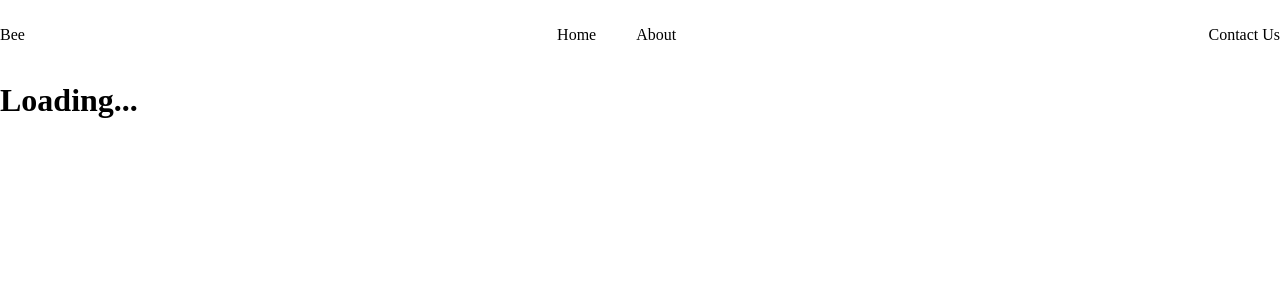
Repository: ble-syn/Random-user-generator-app
Page: /
The author's editor kept a copy of each file at every save. The page is drawn from the files as they stood at one save, then again after the next save.
The browser window is 1280 px wide. The pictures show the whole page.
The page's requests for data from a server got no answer. The project was rebuilt for these pictures with package versions that can differ from the ones it lists, and the page was loaded fresh each time. No one was signed in, and anything a server would have sent is missing. Also part of the build but not shown: src/components/pagination.jsx, src/components/ErrorFallback.jsx, src/components/User.jsx, src/pages/About.jsx, src/pages/Policy.jsx, src/pages/Terms.jsx, src/pages/Contact.jsx, src/pages/NotFound.jsx.

Above is the page before, as saved 2022-10-28 17:48:58.

After the next save:
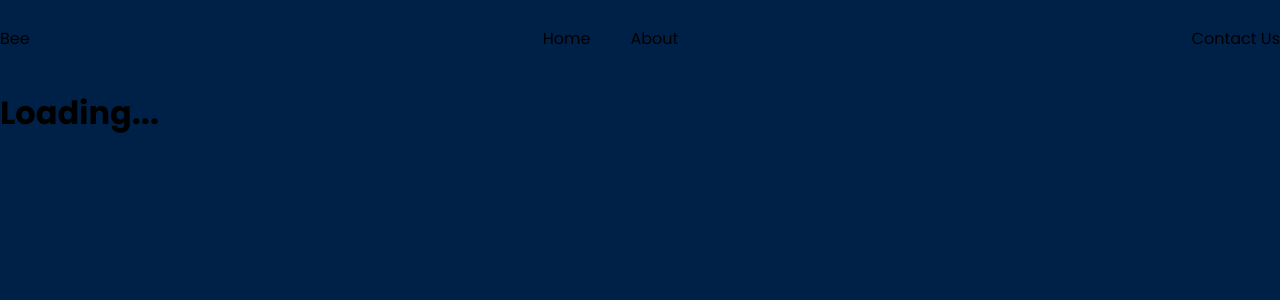
Saved 6 s later.
--- a/src/index.css
+++ b/src/index.css
@@ -10,7 +10,7 @@
 }
 
 body {
-  background-color: #002147
+  background-color: #002147;
   font-family: "Poppins", sans-serif;
 }
 .container {

After the save that followed:
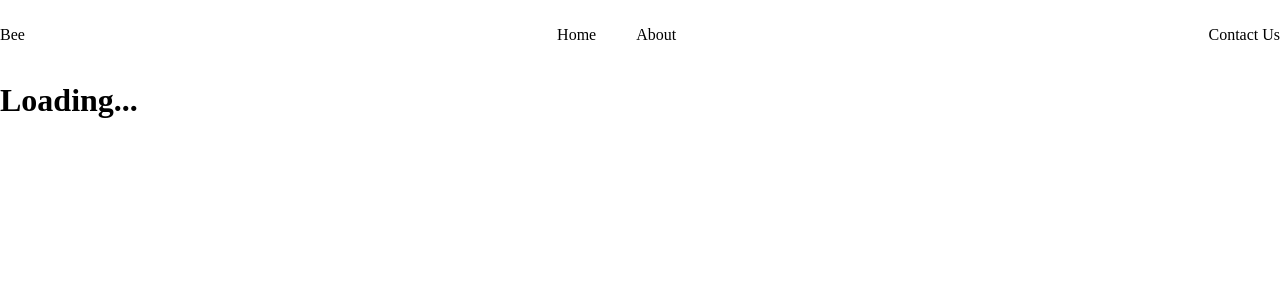
Saved 44 s later.
--- a/src/index.css
+++ b/src/index.css
@@ -10,7 +10,7 @@
 }
 
 body {
-  background-color: #002147;
+  background-color: #F4BF3A
   font-family: "Poppins", sans-serif;
 }
 .container {
